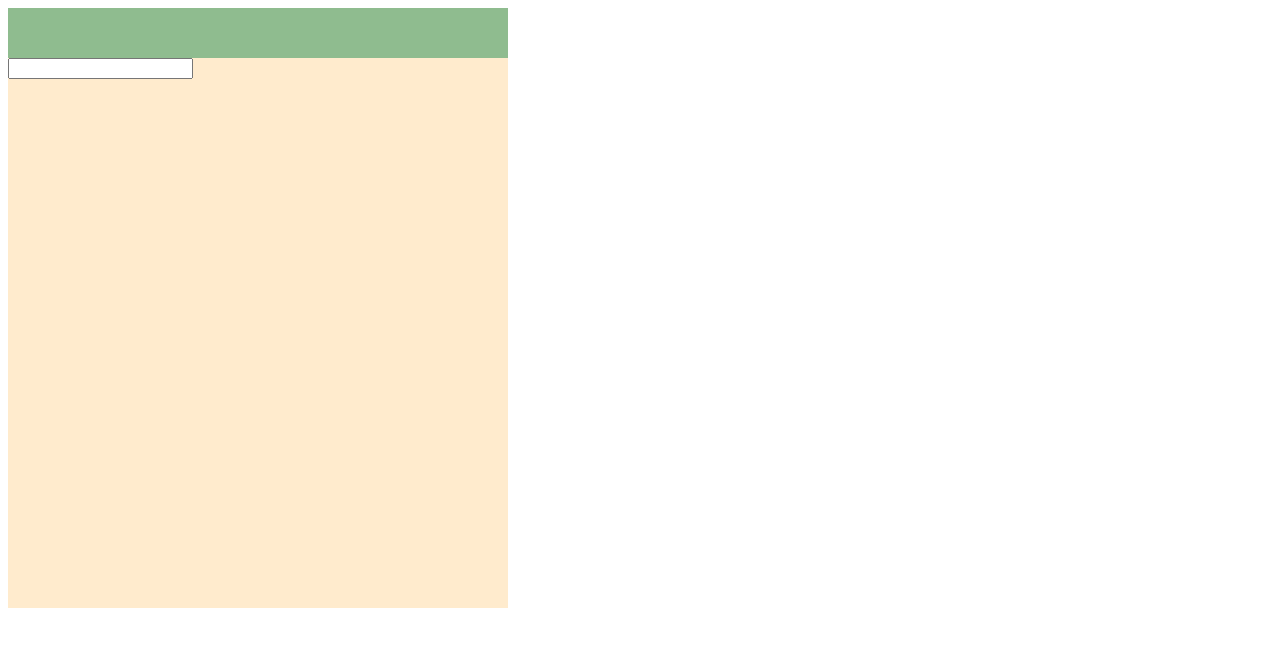
Repository: rumor1993/DreamCoding-Browser101
Page: Chapter05/index.html
The author's editor kept a copy of each file at every save. The page is drawn from the files as they stood at one save, then again after a run of saves.
The browser window is 1280 px wide. The pictures show the whole page.

Above is the page before, as saved 2020-12-30 12:00:42.

After the next 2 saves:
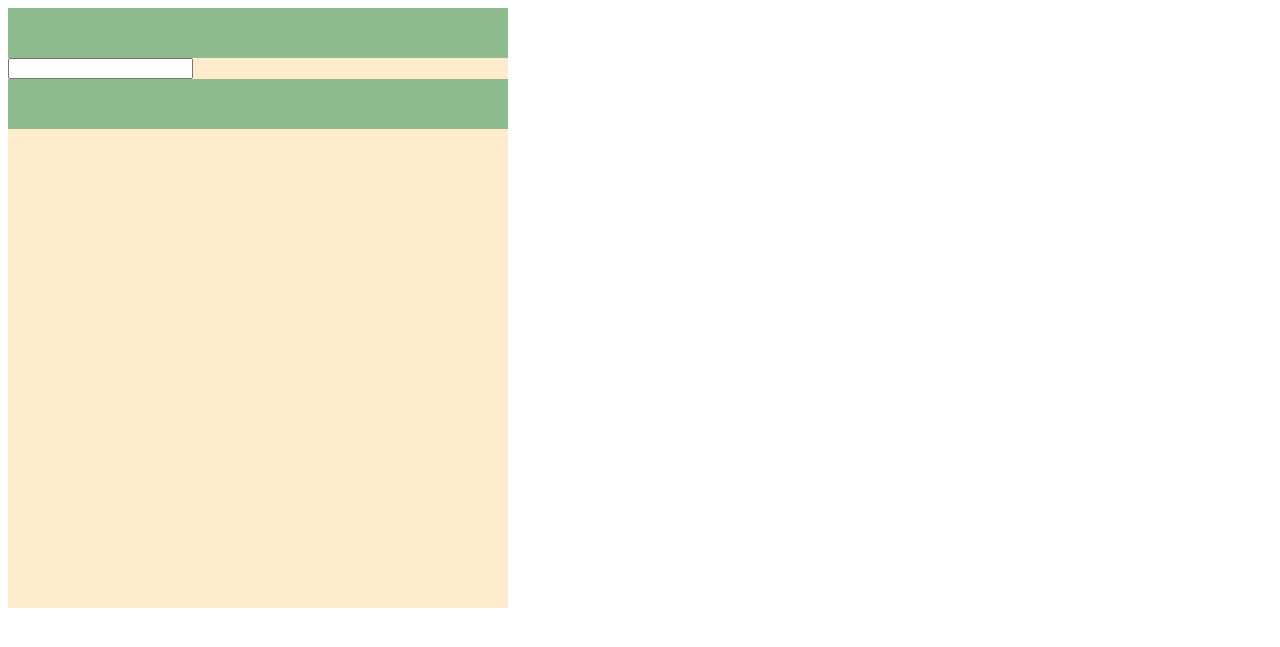
The 2 saves are shown as one change because they came seconds apart.
The last was saved 11 s later.
--- a/Chapter05/index.html
+++ b/Chapter05/index.html
@@ -17,6 +17,13 @@
         height: 50px;
         background-color: darkseagreen;
       }
+
+      .footer {
+        position: relative;
+        width: 500px;
+        height: 50px;
+        background-color: darkseagreen;
+      }
     </style>
   </head>
   <body>
